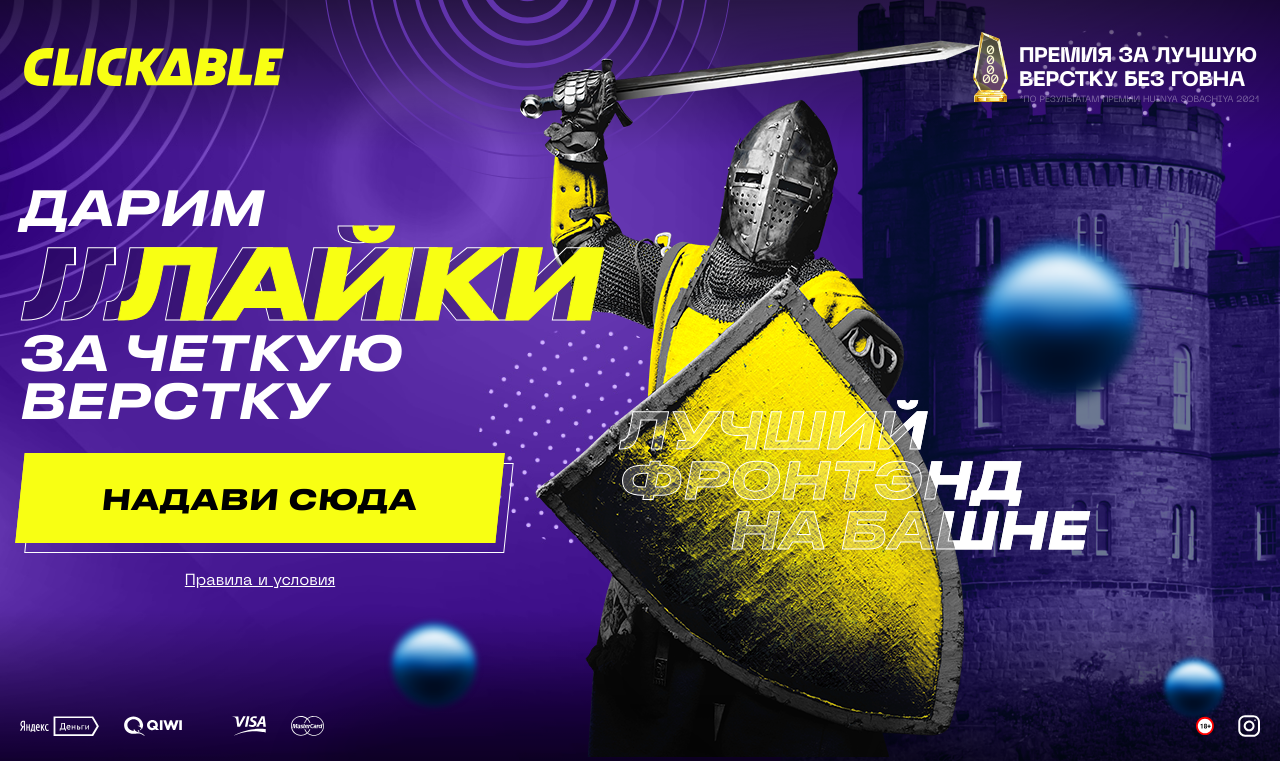
Repository: stanislavExtE/clickable_test
Page: app/index.html
These files come from the project's save history. The page is drawn as it stood at one moment and after the next save; the edit follows.
The browser window is 1280 px wide. The pictures show the whole page.
The style sheet was rebuilt from its Sass, Less or Tailwind sources for each picture, by a compiler version that may differ from the author's.

Above is the page before, as saved 2021-01-14 12:19:08.

### app/index.html
<!DOCTYPE html>
<html xmlns="http://www.w3.org/1999/xhtml" lang="en">

<head>
	<meta http-equiv="Content-Type" content="text/html; charset=utf-8" />
	<meta name="format-detection" content="telephone=no">
	<meta name="viewport" content="width=device-width, initial-scale=1, maximum-scale=1">
	<title>Clickable - лучший фронтенд на башне</title>
	<link rel="icon" type="image/x-icon" href="favicon.ico" />
	<link rel="stylesheet" type="text/css" href="css/style.css" />
</head>

<body class="loaded">


	<!-- BEGIN BODY -->

	<div class="main-wrapper">

		<!-- BEGIN CONTENT -->

		<main class="content">
			<section class="info-section">
				<div class="wrapper">
					<div class="info">
						<div class="slogan info__slogan">
							<div class="slogan__content">
								<div class="slogan__text">
									<div class="slogan__text-stroke" data-text="лучший фронтэнд">лучший фронтэнд</div>
									<div class="slogan__text-stroke" data-text="на башне">на башне</div>
								</div>
								<!-- <img src="img/knight.png" srcset="knight_mob.png 200w,
								img/knight.png 760w"  sizes="(max-width:767px) 60vw,  652px" alt="knight" class="slogan__knight"> -->
								<picture class="slogan__knight">
									<source	media="(max-width: 767px)" srcset="img/knight_mob.png">
									<source	media="(min-width: 768px)" srcset="img/knight.png">
									<img src="img/knight.png" alt="knight" />
								</picture>
							</div>
						</div>
						<div class="cta info__cta">
							<div class="cta__title">
								<div class="cta__title-word">Дарим</div>
								<div class="accent">
									<div class="accent__word">Л</div>
									<div class="accent__word">Л</div>
									<div class="accent__text" data-accent-text='ЛАЙКИ'>ЛАЙКИ</div>
								</div>
								<div class="cta__title-word">За четкую верстку</div>
							</div>
							<div class="cta__button-box">
								<a href="#" class="btn cta__btn">надави сюда</a>
								<a href="#" class="link cta__rules-link">Правила и условия</a>
							</div>
						</div>
						<div class="award info__award">
							<div class="award__prize">
								<img src="img/award.png" alt="award" class="award__prize-img">
							</div>
							<div class="award__info">
								<div class="award__title">ПРЕМИЯ ЗА ЛУЧШУЮ ВЕРСТКУ без говна</div>
								<div class="award__description">*ПО РЕЗУЛЬТАТАМ ПРЕМИИ Huinya sobachiya 2021</div>
							</div>
						</div>
					</div>
					<div class="balls">
						<img src="img/ball.png" alt="ball" class="ball ball_lg-size">
						<img src="img/ball.png" alt="ball" class="ball">
						<img src="img/ball.png" alt="ball" class="ball ball_sm-size">
					</div>
				</div>
			</section>
		</main>

		<!-- CONTENT EOF   -->

		<!-- BEGIN HEADER -->

		<header class="header">
			<div class="wrapper ">
				<div class="header__content">
					<a href="#" class="logo header__logo">
						<img src="img/logo.svg" alt="logo" class="logo__img">
					</a>
					<div class="award header__award">
						<div class="award__prize">
							<img src="img/award.png" alt="award" class="award__prize-img">
						</div>
						<div class="award__info">
							<div class="award__title">ПРЕМИЯ ЗА ЛУЧШУЮ ВЕРСТКУ без говна</div>
							<div class="award__description">*ПО РЕЗУЛЬТАТАМ ПРЕМИИ Huinya sobachiya 2021</div>
						</div>
					</div>
				</div>
			</div>
		</header>

		<!-- HEADER EOF   -->

		<!-- BEGIN FOOTER -->

		<footer class="footer">
			<div class="wrapper">
				<div class="footer__content">
					<div class="payments">
						<div class="payment"><img src="img/icons/yandex_money.svg" alt="yandex_money"
								class="payment__img"></div>
						<div class="payment"><img src="img/icons/qiwi.svg" alt="qiwi" class="payment__img"></div>
						<div class="payment"><img src="img/icons/webmoney.svg" alt="webmoney" class="payment__img"></div>
						<div class="payment"><img src="img/icons/visa.svg" alt="visa" class="payment__img"></div>
						<div class="payment"><img src="img/icons/mastercard.svg" alt="mastercard" class="payment__img">
						</div>
					</div>
					<div class="icons">
						<div class="icon"><img src="img/icons/pegi_18.svg" alt="pegi_18" class="icon__img"></div>
						<a href="#" class="icon"><img src="img/icons/insta.svg" alt="instagram" class="icon__img"></a>
					</div>
				</div>
			</div>
		</footer>

		<!-- FOOTER EOF   -->

	</div>

	<div class="icon-load"></div>

	<!-- BODY EOF   -->

	<!-- <script src="js/jquery-3.5.1.min.js"></script> -->
	<!-- <script src="js/jquery-migrate-3.3.0.min.js"></script> -->
	<!--
	<script src="js/components/jquery.fancybox.js" ></script>
	<script src="js/components/jquery.formstyler.js" ></script>
	<script src="js/components/slick.js" ></script>
	<script src="js/components/jquery.mCustomScrollbar.js" ></script>
	-->
	<script src="js/custom.js"></script>
</body>

</html>

### app/scss/style.scss
@import "base/_reset";
@import "base/_fonts";
//@import "components/_jquery.formstyler";
//@import "components/_fancybox";
//@import "components/_slick";
//@import "components/_mCustomScrollbar";
@import "components/_bootstrap";
@import "layout/_repetitive";
@import "layout/_header";
@import "layout/_footer";
@import "layout/_content";

### app/scss/base/_reset.scss
@import '../utils/_mixins';
@import '../utils/_variables';

body {
	margin: 0px;
	padding: 0px;
	font-family: $base-font-family;
	background-color: $base-bg;
	height: 100%;
	line-height: 1;
	position: relative;
	font-size: $base-font-size!important;
	-webkit-font-smoothing: antialiased;
	-moz-osx-font-smoothing: grayscale;
}



/*MAIN*/
html, body, div, span, applet, object, iframe, h1, h2, h3, h4, h5, h6, p, blockquote, pre, a, abbr, acronym, address, big, cite, code,
del, dfn, em, img, ins, kbd, q, s, samp, small, strike, strong, sub, sup, tt, var, b, u, i, center, dl, dt, dd, ol, ul, li, fieldset,
form, label, legend, table, caption, tbody, tfoot, thead, tr, th, td, article, aside, canvas, details, embed, figure, figcaption, footer,
header, hgroup, menu, nav, output, ruby, section, summary, time, mark, audio, video {
	margin: 0; padding: 0; border: 0; font-size: 100%; outline: none;
    -webkit-tap-highlight-color: rgba(0, 0, 0, 0);

}

/* HTML5 display-role reset for older browsers */
article, aside, details, figcaption, figure, footer, header, hgroup, menu, nav, section, main {
	display: block;
}
blockquote, q {
	quotes: none;
}
blockquote:before,
blockquote:after,
q:before,
q:after {
	content: '';
	content: none;
}

table {
	border-collapse: collapse;
	border-width: 0px;
	padding: 0px;
	margin: 0px;
}

html {
	height: 100%;
	-webkit-text-size-adjust: none;
	-ms-text-size-adjust: none;
}

input,
textarea {
	color: #333;
	font-family: $base-font-family;
	outline: none;
	border-radius: 0;
	-moz-border-radius: 0;
	-webkit-border-radius: 0;
	-webkit-appearance: none;
    border: none;
}

input[type="button"],
input[type="submit"],
button {
	cursor: pointer
}

input[type=number]::-webkit-inner-spin-button,
input[type=number]::-webkit-outer-spin-button {
  -webkit-appearance: none;
  margin: 0;
}

td {
	margin: 0px;
	padding: 0px;
}

ul{
    list-style: none;
    list-style-image: url(data:[embedded picture, 78 characters]);
}

form {
	padding: 0px;
	margin: 0px;
}

img{
    max-width: 100%;
}

a {
    color: inherit;
	text-decoration: none;
	outline: none;
    @include transition($default-transition);
}

a,
span,
div,
button {
	outline: none!important
}
input[type="search"]::-webkit-search-decoration,
input[type="search"]::-webkit-search-cancel-button,
input[type="search"]::-webkit-search-results-button,
input[type="search"]::-webkit-search-results-decoration {
  -webkit-appearance:none;
}
input[type=submit],
input[type=button],
button {
	-webkit-appearance: none;
	outline: none;
}

* {
	-webkit-box-sizing: border-box;
	-moz-box-sizing: border-box;
	box-sizing: border-box;
}

*:before,
*:after {
	-webkit-box-sizing: border-box;
	-moz-box-sizing: border-box;
	box-sizing: border-box;
}

.clearfix:after,
.wrapper:after,
.row:after{
	content: ".";
	display: block;
	height: 0;
	clear: both;
	visibility: hidden;
}

### app/scss/utils/_variables.scss
$paddings: 20px;
$min-width: 320px;
$base-wrapp: 1366px;
$max-width: calc(#{$base-wrapp} + #{$paddings} * 2);
$base-bg:#F0EAE1;
$base-font-size: 1rem;
$base-line-height: 1.75rem;
$base-font-family: "Neue Machina", "Open Sans", Arial, sans-serif;
$custom-font-family: "Druk Text Wide Cyr","Open Sans",  Arial, sans-serif;
$default-transition: all 0.4s linear;
$trs: all 0.3s linear;
$trs-wow: all 1s linear;

$ff-book: $base-font-family;
$ff-demi: $custom-font-family;


$shadow: 2px 6px 20px rgba(0, 164, 91, 0.25);
$shadow_light: 2px 6px 20px rgba(0, 164, 91, 0.10);

//breakpoints
$xs: 567px;
$sm: 767px;
$md: 991px;
$lg: 1279px;
$xl: 1435px;

/* main variables */

$col-1: #f8ff13;
$col-2: #F0EAE1;
$col-3: #0A0A0A;
$col-4: #fff;
$col-5: #161616;
$col-6: #bbbbbb;
$col-7: #7e7e7e;

$bg-1:rgba(#fff, .1);

$bd: rgba(187, 187, 187, 0.5);

//text, titles
$tc-1: #303030;
$tc-2: #fff;
$tc-3: $col-1;
$tc-4: $col-5;
$title-main-color: #fff;
$title-color: #fff;


$font-size-h1: 36px;
$line-height-h1: 49px;
$font-size-h2: 36px;
$line-height-h2: 49px;
$font-size-h3: 36px;
$line-height-h3: 49px;
$font-size-h4: 18px;
$line-height-h4: 24px;

$f-s-xs: 14px;
$lh-xs: 14px;
$f-s-sm: 16px;
$lh-sm: 22px;
$f-s-md: 28px;
$lh-md: 38px;
$f-s-lg: 30px;
$lh-lg: 30px;

$f-s-big-xs: 34px;
$f-s-big-sm: 40px;
$f-s-big-md: 50px;
$lh-big-md: 62px;
$f-s-big-lg: 100px;
$lh-big-lg: 110px;
$f-s-big-xl: 110px;
$lh-big-xl: 90px;

### app/scss/components/_bootstrap.scss
/*!
 * Generated using the Bootstrap Customizer (https://getbootstrap.com/docs/3.4/customize/)
 *//*!
 * Bootstrap v3.4.1 (https://getbootstrap.com/)
 * Copyright 2011-2019 Twitter, Inc.
 * Licensed under MIT (https://github.com/twbs/bootstrap/blob/master/LICENSE)
 *//*! normalize.css v3.0.3 | MIT License | github.com/necolas/normalize.css */.row{margin-right:-15px;margin-left:-15px}.row-no-gutters{margin-right:0;margin-left:0}.row-no-gutters [class*="col-"]{padding-right:0;padding-left:0}.col-xs-1, .col-sm-1, .col-md-1, .col-lg-1, .col-xs-2, .col-sm-2, .col-md-2, .col-lg-2, .col-xs-3, .col-sm-3, .col-md-3, .col-lg-3, .col-xs-4, .col-sm-4, .col-md-4, .col-lg-4, .col-xs-5, .col-sm-5, .col-md-5, .col-lg-5, .col-xs-6, .col-sm-6, .col-md-6, .col-lg-6, .col-xs-7, .col-sm-7, .col-md-7, .col-lg-7, .col-xs-8, .col-sm-8, .col-md-8, .col-lg-8, .col-xs-9, .col-sm-9, .col-md-9, .col-lg-9, .col-xs-10, .col-sm-10, .col-md-10, .col-lg-10, .col-xs-11, .col-sm-11, .col-md-11, .col-lg-11, .col-xs-12, .col-sm-12, .col-md-12, .col-lg-12{position:relative;min-height:1px;padding-right:15px;padding-left:15px}.col-xs-1, .col-xs-2, .col-xs-3, .col-xs-4, .col-xs-5, .col-xs-6, .col-xs-7, .col-xs-8, .col-xs-9, .col-xs-10, .col-xs-11, .col-xs-12{float:left}.col-xs-12{width:100%}.col-xs-11{width:91.66666667%}.col-xs-10{width:83.33333333%}.col-xs-9{width:75%}.col-xs-8{width:66.66666667%}.col-xs-7{width:58.33333333%}.col-xs-6{width:50%}.col-xs-5{width:41.66666667%}.col-xs-4{width:33.33333333%}.col-xs-3{width:25%}.col-xs-2{width:16.66666667%}.col-xs-1{width:8.33333333%}@media (min-width:768px){.col-sm-1, .col-sm-2, .col-sm-3, .col-sm-4, .col-sm-5, .col-sm-6, .col-sm-7, .col-sm-8, .col-sm-9, .col-sm-10, .col-sm-11, .col-sm-12{float:left}.col-sm-12{width:100%}.col-sm-11{width:91.66666667%}.col-sm-10{width:83.33333333%}.col-sm-9{width:75%}.col-sm-8{width:66.66666667%}.col-sm-7{width:58.33333333%}.col-sm-6{width:50%}.col-sm-5{width:41.66666667%}.col-sm-4{width:33.33333333%}.col-sm-3{width:25%}.col-sm-2{width:16.66666667%}.col-sm-1{width:8.33333333%}}@media (min-width:992px){.col-md-1, .col-md-2, .col-md-3, .col-md-4, .col-md-5, .col-md-6, .col-md-7, .col-md-8, .col-md-9, .col-md-10, .col-md-11, .col-md-12{float:left}.col-md-12{width:100%}.col-md-11{width:91.66666667%}.col-md-10{width:83.33333333%}.col-md-9{width:75%}.col-md-8{width:66.66666667%}.col-md-7{width:58.33333333%}.col-md-6{width:50%}.col-md-5{width:41.66666667%}.col-md-4{width:33.33333333%}.col-md-3{width:25%}.col-md-2{width:16.66666667%}.col-md-1{width:8.33333333%}}@media (min-width:1200px){.col-lg-1, .col-lg-2, .col-lg-3, .col-lg-4, .col-lg-5, .col-lg-6, .col-lg-7, .col-lg-8, .col-lg-9, .col-lg-10, .col-lg-11, .col-lg-12{float:left}.col-lg-12{width:100%}.col-lg-11{width:91.66666667%}.col-lg-10{width:83.33333333%}.col-lg-9{width:75%}.col-lg-8{width:66.66666667%}.col-lg-7{width:58.33333333%}.col-lg-6{width:50%}.col-lg-5{width:41.66666667%}.col-lg-4{width:33.33333333%}.col-lg-3{width:25%}.col-lg-2{width:16.66666667%}.col-lg-1{width:8.33333333%}}.clearfix:before,.clearfix:after,.container:before,.container:after,.container-fluid:before,.container-fluid:after,.row:before,.row:after{display:table;content:" "}.clearfix:after,.container:after,.container-fluid:after,.row:after{clear:both}.center-block{display:block;margin-right:auto;margin-left:auto}

### app/scss/layout/_header.scss

/*
================================================================================
|                                     HEADER                                   |
================================================================================
*/
.header{
	width:100%;
	min-width: $min-width;
	text-align:left;
	order: 1;
	-webkit-order: 1;
	position: absolute;
	left: 0;
	width: 100%;
	top: 0;
	z-index: 3;
	// background: linear-gradient(180deg, rgba(#000, .6) 20%, transparent);
	padding: 32px 0;

	&__content{
		display: flex;
		align-items: center;
		justify-content: space-between;
		padding-left: 4px;
	}

	&__logo {
		flex: 0 0 260px;
		max-width: 260px;
    }
}





@include br-p($xl) {

}

@include br-p($lg) {

}
@include br-p($md) {

}
@include br-p($sm) {

}

@include br-p($xs) {



}

@include br-p(419px) {


}

@include br-p(359px) {

}

### app/scss/layout/_footer.scss

/*
================================================================================
|                                     FOOTER                                   |
================================================================================
*/
.footer{
	text-align:left;
	width:100%;
	min-width: $min-width;
	order: 3;
	-webkit-order: 3;
	position: absolute;
	z-index: 2;
	width: 100%;
	bottom: 0;
	left: 0;
	padding: 20px 0;

	&::after{
		content: '';
		position: absolute;
		left: 50%;
		top: 100%;
		width: 40%;
		height: 100%;
		transform: translateX(-50%);
		// background: radial-gradient(circle, rgba(0,0,0,1) 0%, transparent 100%) center 100%;
		border-radius: 150px / 40px;
		box-shadow: 0px -11px 50px 70px rgba(0, 0, 0 , .2);
	}


	&__content{
		display: flex;
		align-items: center;
		justify-content: space-between;

	}
}

.payments{
	display: flex;
	align-items: center;
}

.payment{
	margin-right: 25px;

	&:last-child{
		margin: 0;
	}


	&__img{
		max-height: 20px;
		max-width: 260px;
		object-fit: contain;
		object-position: center;
	}
}

.icons{
	display: flex;
}

.icon{
	margin-right: 22px;

	&:last-child{
		margin: 0;
	}

	&__img{
		width: 22px;
		height: 22px;
		object-fit: contain;
		object-position: center;
	}
}


@include br-p($xl) {

}

@include br-p($lg) {

}
@include br-p($md) {

}
@include br-p($sm) {

}

@include br-p($xs) {

}

@include br-p(419px) {

}

### app/scss/layout/_content.scss
//main styles
// @import "sections/_name";



.logo {
    max-width: 260px;
    display: block;
}


.slogan {
    position: relative;
    z-index: 2;


    &__content{
        display: flex;
        flex-direction: column;
        justify-content: flex-end;
        align-items: flex-start;
        height: 100%;
    }

    &__text {
        position: absolute;
        width: 100%;
        right: 0;
        bottom: 15%;
        padding: 100px 0 100px 100px;
    }

    &__text-stroke {
        font-family: $custom-font-family;
        font-size: 50px;
        letter-spacing: -0.25px;
        font-style: italic;
        color: rgba(#fff, .2);
        -webkit-text-stroke-color: #fff;
        -webkit-text-stroke-width: 1px;
        text-transform: uppercase;
        position: relative;

        &:last-child{
            padding-left:110px;

            &::before{
                padding-left: 110px;
            }
        }

        &::before {
            content: attr(data-text);
            position: absolute;
            left: 0;
            top: 0;
            width: 100%;
            height: 100%;
            color: #ffffff;
            z-index: -1;
        }
    }

    &__knight {
        display: block;
    }
}

.cta {

    &__title {
        font-family: $custom-font-family;
        font-size: 48px;
        text-transform: uppercase;
    }

    &__title-word {
        font-style: italic;
    }

    &__button-box {
        display: flex;
        flex-direction: column;
        padding: 30px 0;
        text-align: center;
        max-width: 480px;
    }

    &__btn {}

    &__rules-link {
        margin-top: 30px;
    }
}

.accent {
    position: relative;
    font-size: 97px;
    letter-spacing: -0.25px;
    font-weight: 700;
    font-style: italic;
    display: block;
    display: flex;
    // padding-left: 75px;

    &:before {
        content: attr(data-accent-word);
        display: block;
        position: absolute;
        width: 20px;
        left: 0;
        top: 0;
        color: rgba(#000, .2);
        -webkit-text-stroke-color: #fff;
        -webkit-text-stroke-width: 1px;
        overflow: hidden;
    }



    &__text {
        z-index: 2;
        transform: translateX(100px);
        -webkit-text-stroke-color: $col-1;
        -webkit-text-stroke-width: 1px;

        color: $col-1;

        &::before {
            position: absolute;
            content: attr(data-accent-text);
            color: rgba(#000, .2);
            -webkit-text-stroke-color: #fff;
            -webkit-text-stroke-width: 1px;
            left: 0;
            top: 0;
            z-index: -1;
            transform: translateX(-15px);
        }
    }

    &__word {
        position: absolute;
        width: 56px;
        left: 0;
        top: 0;
        color: rgba(#000, .2);
        -webkit-text-stroke-color: #fff;
        -webkit-text-stroke-width: 1px;
        overflow: hidden;
        padding-left: 3px;

        &:nth-child(2) {
            left: 40px;
        }

        &::before {
            content: '';
            position: absolute;
            right: 0;
            top: 0.18em;
            width: 2px;
            height: 18px;
            background: #ffffff;
        }
    }
}

.award {
    display: flex;
    align-items: flex-end;
    max-width: 287px;

    &__info {
        padding-left: 6px;
    }

    &__prize {
        flex: 0 0 40px;

        &-img {}
    }

    &__title {
        font-size: 21px;
        line-height: 24px;
        text-transform: uppercase;
        font-weight: 800;
    }

    &__description {
        font-size: 9px;
        text-transform: uppercase;
        color: rgba(#fff, .4);
        padding: 2px 0;
    }
}

.info {
    display: flex;
    flex-wrap: wrap;
    justify-content: space-between;
    padding: 40px 0 0px;
    position: relative;

    &-section{

    }

    &__slogan {
        @include br-p(768px, min) {
            order: 4;
            flex: 0 0 calc(100% - 500px);
        }
    }

    &__cta {
        @include br-p(768px, min) {
            order: 3;
            flex: 0 0 500px;
            padding: 110px 0;
            display: flex;
            flex-direction: column;
            justify-content: center;
        }
    }

    &__award {
        @include br-p(768px, min) {
            display: none;
            order: 2;
            flex: 0 0 300px;
        }

    }
}


.balls {}

.ball {
    width: 100px;
    height: 100px;
    position: absolute;
    object-fit: contain;
    object-position: center;

    &_lg-size{
        width: 185px;
        height: 185px;

    }
    &_sm-size{
        width: 70px;
        height: 70px;
    }

    &:nth-child(1){
        top: 30%;
        right: 10%;
    }
    &:nth-child(2){
        bottom: 6%;
        left: 30%;
    }
    &:nth-child(3){
        bottom: 5%;
        right: 4%;
    }
}



@include br-p($xl) {}

@include br-p($lg) {}

@include br-p($md) {}

@include br-p($sm) {}

@include br-p($xs) {}

@include br-p(419px) {}

Loaded but not shown: app/img/icons/mastercard.svg (6 lines, source omitted); app/img/icons/webmoney.svg (116 lines, source omitted); app/img/bg-circles.svg (63 lines, source omitted); app/img/icons/yandex_money.svg (4 lines, source omitted); app/img/icons/qiwi.svg (3 lines, source omitted); app/img/icons/insta.svg (3 lines, source omitted); app/img/icons/pegi_18.svg (5 lines, source omitted); app/img/logo.svg (24 lines, source omitted); app/img/icons/visa.svg (3 lines, source omitted); app/js/custom.js (55 lines, source omitted); app/scss/base/_fonts.scss (191 lines, source omitted); app/scss/utils/_mixins.scss (259 lines, source omitted); app/scss/layout/_repetitive.scss (314 lines, source omitted)

After the next save:
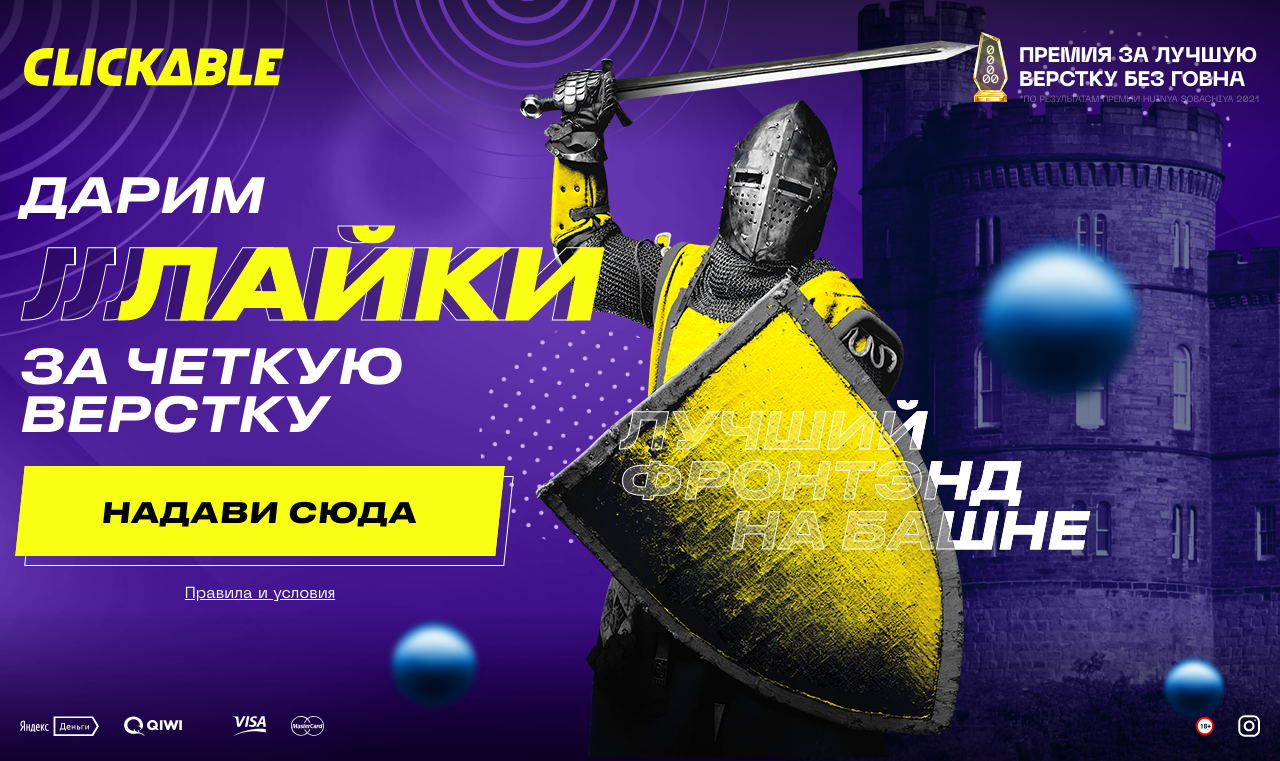
Saved 2 min 28 s later.
--- a/app/scss/layout/_content.scss
+++ b/app/scss/layout/_content.scss
@@ -101,6 +101,7 @@
     font-style: italic;
     display: block;
     display: flex;
+    margin: 13px 0;
     // padding-left: 75px;
 
     &:before {
